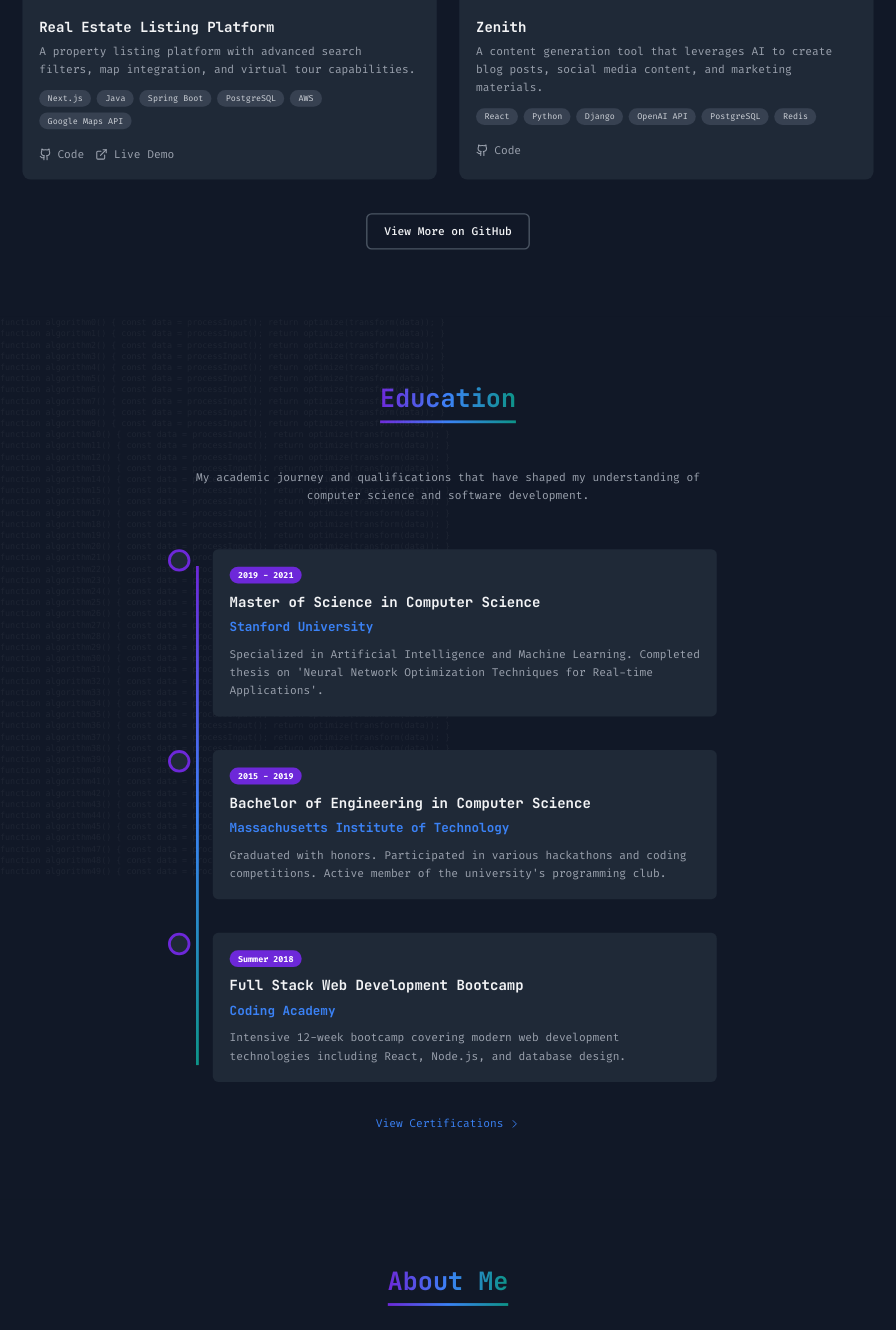
Repository: Saquib45/portfolio
Page: /
The author's editor kept a copy of each file at every save. The page is drawn from the files as they stood at one save, then again after a run of saves.
The browser window is 1280 px wide. The pictures show the part of the page from y = 3512 to 5412 px (the page is 7614 px tall), at 70% of full size.
The project was rebuilt for these pictures with package versions that can differ from the ones it lists, and the page was loaded fresh each time. Also part of the build but not shown: vite.config.ts.

Above is the page before, as saved 2025-04-23 21:29:48.

### index.html
<!doctype html>
<html lang="en">
  <head>
    <meta charset="UTF-8" />
    <link rel="icon" type="image/svg+xml" href="/vite.svg" />
    <meta name="viewport" content="width=device-width, initial-scale=1.0" />
    <title>Developer Portfolio | Fullstack Software Engineer</title>
    <link rel="preconnect" href="https://fonts.googleapis.com">
    <link rel="preconnect" href="https://fonts.gstatic.com" crossorigin>
    <link href="https://fonts.googleapis.com/css2?family=JetBrains+Mono:wght@400;500;700&family=Fira+Code:wght@300;400;500;700&display=swap" rel="stylesheet">
  </head>
  <body>
    <div id="root"></div>
    <script type="module" src="/src/main.tsx"></script>
  </body>
</html>

### src/App.tsx
import React from 'react';
import Navbar from './components/Navbar';
import Hero from './components/Hero';
import Skills from './components/Skills';
import Projects from './components/Projects';
import Education from './components/Education';
import About from './components/About';
import Contact from './components/Contact';
import Footer from './components/Footer';
import FloatingNav from './components/FloatingNav';

function App() {
  return (
    <div className="bg-gray-900 text-gray-100 font-fira">
      <Navbar />
      <main>
        <Hero />
        <Skills />
        <Projects />
        <Education />
        <About />
        <Contact />
      </main>
      <Footer />
      <FloatingNav />
    </div>
  );
}

export default App;

### src/index.css
@tailwind base;
@tailwind components;
@tailwind utilities;

@layer base {
  html {
    scroll-behavior: smooth;
  }

  body {
    @apply bg-gray-900 text-gray-100;
    overflow-x: hidden;
  }

  h1, h2, h3, h4, h5, h6 {
    @apply font-jetbrains font-bold;
  }

  h1 {
    @apply text-4xl md:text-5xl lg:text-6xl;
  }

  h2 {
    @apply text-3xl md:text-4xl;
  }

  h3 {
    @apply text-2xl md:text-3xl;
  }

  p {
    @apply leading-relaxed;
  }
}

@layer components {
  .container-custom {
    @apply container mx-auto px-4 sm:px-6 lg:px-8 max-w-7xl;
  }

  .gradient-text {
    @apply bg-clip-text text-transparent bg-gradient-to-r from-primary via-accent to-secondary;
  }

  .section-padding {
    @apply py-16 md:py-24;
  }

  .section-title {
    @apply text-3xl md:text-4xl font-bold mb-12 text-center relative pb-4 inline-block;
  }

  .section-title::after {
    content: '';
    @apply absolute bottom-0 left-0 w-full h-1 bg-gradient-to-r from-primary via-accent to-secondary;
  }

  .card {
    @apply bg-gray-800 rounded-lg p-6 transition-all;
  }

  .btn {
    @apply inline-flex items-center justify-center px-6 py-3 rounded-lg font-medium transition-all duration-300 focus:outline-none focus:ring-2 focus:ring-offset-2 focus:ring-offset-gray-900;
  }

  .btn-primary {
    @apply bg-primary hover:bg-primary-600 text-white focus:ring-primary;
  }

  .btn-secondary {
    @apply bg-secondary hover:bg-secondary-600 text-white focus:ring-secondary;
  }

  .btn-accent {
    @apply bg-accent hover:bg-accent-600 text-white focus:ring-accent;
  }

  .btn-outline {
    @apply border-2 border-gray-600 hover:border-primary hover:text-primary focus:ring-primary;
  }

  .input {
    @apply block w-full px-4 py-3 bg-gray-800 border border-gray-700 rounded-lg focus:outline-none focus:ring-2 focus:ring-primary focus:border-transparent transition-colors;
  }
}

/* Scroll animations */
.fade-in-section {
  opacity: 0;
  transform: translateY(20px);
  transition: opacity 0.6s ease-out, transform 0.6s ease-out;
}

.fade-in-section.is-visible {
  opacity: 1;
  transform: translateY(0);
}

/* Project card hover effect */
.project-card {
  transition: transform 0.3s ease, box-shadow 0.3s ease;
}

.project-card:hover {
  transform: translateY(-5px);
  box-shadow: 0 10px 20px rgba(0, 0, 0, 0.2);
}

/* Cursor animation */
.cursor {
  display: inline-block;
  width: 2px;
  height: 1em;
  background-color: currentColor;
  margin-left: 2px;
  animation: blink 1s infinite;
}

@keyframes blink {
  0%, 100% { opacity: 1; }
  50% { opacity: 0; }
}

/* Skill card hover effect */
.skill-card {
  transition: all 0.3s ease;
}

.skill-card:hover {
  transform: translateY(-5px);
  box-shadow: 0 0 15px rgba(109, 40, 217, 0.5);
}

### src/components/Hero.tsx
import React from 'react';
import { motion } from 'framer-motion';
import { TypeAnimation } from 'react-type-animation';
import { ChevronDown } from 'lucide-react';
import { Link } from 'react-scroll';

const Hero: React.FC = () => {
  return (
    <section
      id="hero"
      className="relative min-h-screen flex items-center justify-center bg-hero-pattern bg-gray-900 overflow-hidden"
    >
      <div className="absolute inset-0 bg-gradient-radial from-transparent to-gray-900 z-0"></div>

      {/* Animated Background Elements */}
      <div className="absolute inset-0 z-0">
        <motion.div
          className="absolute top-1/4 left-1/4 w-64 h-64 bg-primary/20 rounded-full blur-3xl"
          animate={{
            x: [0, 50, 0],
            y: [0, 30, 0],
          }}
          transition={{
            duration: 15,
            repeat: Infinity,
            ease: "easeInOut"
          }}
        />
        <motion.div
          className="absolute bottom-1/3 right-1/3 w-96 h-96 bg-secondary/20 rounded-full blur-3xl"
          animate={{
            x: [0, -70, 0],
            y: [0, 40, 0],
          }}
          transition={{
            duration: 18,
            repeat: Infinity,
            ease: "easeInOut",
            delay: 1
          }}
        />
        <motion.div
          className="absolute top-1/2 right-1/4 w-72 h-72 bg-accent/20 rounded-full blur-3xl"
          animate={{
            x: [0, 60, 0],
            y: [0, -40, 0],
          }}
          transition={{
            duration: 20,
            repeat: Infinity,
            ease: "easeInOut",
            delay: 2
          }}
        />
      </div>

      <div className="container-custom relative z-10">
        <motion.div
          className="text-center"
          initial={{ opacity: 0, y: 20 }}
          animate={{ opacity: 1, y: 0 }}
          transition={{ duration: 0.8 }}
        >
          <motion.p
            className="text-lg md:text-xl text-accent mb-4"
            initial={{ opacity: 0 }}
            animate={{ opacity: 1 }}
            transition={{ delay: 0.2, duration: 0.8 }}
          >
            Hello, I'm
          </motion.p>

          <motion.h1
            className="text-4xl md:text-6xl lg:text-7xl font-bold mb-6"
            initial={{ opacity: 0 }}
            animate={{ opacity: 1 }}
            transition={{ delay: 0.4, duration: 0.8 }}
          >
            <span className="gradient-text">Sakib Maniyar</span>
          </motion.h1>

          <motion.div
            className="text-xl md:text-3xl text-gray-300 mb-8 h-16 flex justify-center items-center"
            initial={{ opacity: 0 }}
            animate={{ opacity: 1 }}
            transition={{ delay: 0.6, duration: 0.8 }}
          >
            <TypeAnimation
              sequence={[
                'Fullstack Developer',
                2000,
                'Software Developer',
                2000,
                'Problem Solver',
                2000,
                'Code Craftsman',
                2000,
              ]}
              speed={50}
              repeat={Infinity}
              className="font-jetbrains"
            />
          </motion.div>

          <motion.div
            className="flex flex-col sm:flex-row justify-center gap-4"
            initial={{ opacity: 0 }}
            animate={{ opacity: 1 }}
            transition={{ delay: 0.8, duration: 0.8 }}
          >
            <Link
              to="projects"
              smooth={true}
              duration={800}
              offset={-70}
              className="btn btn-primary"
            >
              View My Work
            </Link>
            <Link
              to="contact"
              smooth={true}
              duration={800}
              offset={-70}
              className="btn btn-outline"
            >
              Contact Me
            </Link>
          </motion.div>
        </motion.div>
      </div>

      <div className="absolute bottom-8 left-1/2 transform -translate-x-1/2 z-10">
        <motion.div
          animate={{ y: [0, 10, 0] }}
          transition={{
            duration: 1.5,
            repeat: Infinity,
            ease: "easeInOut"
          }}
        >
          <Link
            to="skills"
            smooth={true}
            duration={800}
            className="cursor-pointer"
          >
            <ChevronDown className="w-8 h-8 text-gray-400 hover:text-white transition-colors" />
          </Link>
        </motion.div>
      </div>
    </section>
  );
};

export default Hero;

### src/components/Projects.tsx
import React from 'react';
import { motion } from 'framer-motion';
import { useInView } from 'react-intersection-observer';
import { Github, ExternalLink } from 'lucide-react';

interface Project {
  id: number;
  title: string;
  description: string;
  image: string;
  technologies: string[];
  githubUrl: string;
  liveUrl?: string;
}

const Projects: React.FC = () => {
  const [ref, inView] = useInView({
    triggerOnce: true,
    threshold: 0.1,
  });

  const containerVariants = {
    hidden: { opacity: 0 },
    visible: {
      opacity: 1,
      transition: {
        staggerChildren: 0.3,
      },
    },
  };

  const itemVariants = {
    hidden: { y: 50, opacity: 0 },
    visible: {
      y: 0,
      opacity: 1,
      transition: { duration: 0.6, ease: "easeOut" },
    },
  };

  const projects: Project[] = [
    {
      id: 1,
      title: "Smart Contact Manager",
      description: "A full-stack web application to securely manage personal and professional contacts with user authentication. Built using Spring Boot, Thymeleaf, and Tailwind CSS with CRUD operations and role-based access",
      image: "https://encrypted-tbn0.gstatic.com/images?q=tbn:ANd9GcRo5Ic9BMsl1UCj-E2mSzL5K9LyPsfLgJky8g&s",
      technologies: ["Java", "Spring Boot", "SQL", "HTML", "CSS", "JavaScript", "Thymeleaf", "Tailwind CSS"],
      githubUrl: "https://github.com/Saquib45/Manage-Contact.git",
      // liveUrl: "https://example.com",
    },
    {
      id: 1,
      title: "smart contact manager",
      description: "A real-time chat application enabling seamless one-to-one and group messaging with instant delivery. Built using WebSockets for real-time communication and a modern, responsive UI for a smooth user experience.",
      image: "https://images.pexels.com/photos/27550988/pexels-photo-27550988/free-photo-of-a-person-holding-a-cell-phone-in-front-of-a-wooden-table.jpeg?auto=compress&cs=tinysrgb&w=1260&h=750&dpr=2",
      technologies: ["Java", "Spring Boot", "MongoDB", "HTML", "CSS", "JavaScript", "React", "Tailwind CSS"],
      githubUrl: "https://github.com/Saquib45/ChatApplication.git",
      // liveUrl: "https://example.com",
    },
    {
      id: 3,
      title: "Real Estate Listing Platform",
      description: "A property listing platform with advanced search filters, map integration, and virtual tour capabilities.",
      image: "https://images.pexels.com/photos/1546168/pexels-photo-1546168.jpeg?auto=compress&cs=tinysrgb&w=1260&h=750&dpr=2",
      technologies: ["Next.js", "Java", "Spring Boot", "PostgreSQL", "AWS", "Google Maps API"],
      githubUrl: "https://github.com",
      liveUrl: "https://example.com",
    },
    {
      id: 4,
      title: "Zenith ",
      description: "A content generation tool that leverages AI to create blog posts, social media content, and marketing materials.",
      image: "https://images.pexels.com/photos/5380642/pexels-photo-5380642.jpeg?auto=compress&cs=tinysrgb&w=1260&h=750&dpr=2",
      technologies: ["React", "Python", "Django", "OpenAI API", "PostgreSQL", "Redis"],
      githubUrl: "https://github.com",
    },
  ];

  return (
    <section id="projects" className="section-padding bg-gray-900">
      <div className="container-custom">
        <div className="text-center mb-16">
          <h2 className="section-title inline-block">
            <span className="gradient-text">Featured Projects</span>
          </h2>
          <p className="mt-4 text-gray-400 max-w-3xl mx-auto">
            A selection of my recent work, showcasing my skills in frontend and backend development,
            as well as my ability to create complete, production-ready applications.
          </p>
        </div>

        <motion.div
          ref={ref}
          variants={containerVariants}
          initial="hidden"
          animate={inView ? "visible" : "hidden"}
          className="grid grid-cols-1 md:grid-cols-2 gap-8"
        >
          {projects.map((project) => (
            <motion.div
              key={project.id}
              variants={itemVariants}
              className="project-card bg-gray-800 rounded-xl overflow-hidden"
            >
              <div className="relative h-60 overflow-hidden">
                <img
                  src={project.image}
                  alt={project.title}
                  className="w-full h-full object-cover transition-transform duration-500 hover:scale-110"
                />
              </div>
              <div className="p-6">
                <h3 className="text-xl font-bold mb-2">{project.title}</h3>
                <p className="text-gray-400 mb-4">{project.description}</p>
                <div className="mb-6">
                  <div className="flex flex-wrap gap-2">
                    {project.technologies.map((tech, index) => (
                      <span
                        key={index}
                        className="text-xs px-3 py-1 bg-gray-700 text-gray-300 rounded-full"
                      >
                        {tech}
                      </span>
                    ))}
                  </div>
                </div>
                <div className="flex gap-4">
                  <a
                    href={project.githubUrl}
                    target="_blank"
                    rel="noopener noreferrer"
                    className="flex items-center gap-2 text-gray-400 hover:text-primary transition-colors"
                  >
                    <Github size={18} />
                    <span>Code</span>
                  </a>
                  {project.liveUrl && (
                    <a
                      href={project.liveUrl}
                      target="_blank"
                      rel="noopener noreferrer"
                      className="flex items-center gap-2 text-gray-400 hover:text-accent transition-colors"
                    >
                      <ExternalLink size={18} />
                      <span>Live Demo</span>
                    </a>
                  )}
                </div>
              </div>
            </motion.div>
          ))}
        </motion.div>

        <div className="mt-12 text-center">
          <a
            href="https://github.com"
            target="_blank"
            rel="noopener noreferrer"
            className="btn btn-outline"
          >
            View More on GitHub
          </a>
        </div>
      </div>
    </section>
  );
};

export default Projects;

### src/components/Footer.tsx
import React from 'react';
import { Github, Linkedin, Twitter, ArrowUp } from 'lucide-react';
import { Link } from 'react-scroll';

const Footer: React.FC = () => {
  const currentYear = new Date().getFullYear();

  return (
    <footer className="bg-gray-950 pt-16 pb-6 relative">
      <div className="container-custom">
        <div className="grid grid-cols-1 md:grid-cols-2 lg:grid-cols-4 gap-8 mb-12">
          <div>
            <h4 className="text-xl font-bold mb-4 gradient-text">
              DEVFOLIO
            </h4>
            <p className="text-gray-400 mb-4">
              Fullstack developer specializing in building exceptional digital experiences.
            </p>
            <div className="flex space-x-4">
              <a
                href="https://github.com"
                target="_blank"
                rel="noopener noreferrer"
                className="text-gray-400 hover:text-primary transition-colors"
                aria-label="GitHub"
              >
                <Github size={20} />
              </a>
              <a
                href="https://linkedin.com"
                target="_blank"
                rel="noopener noreferrer"
                className="text-gray-400 hover:text-accent transition-colors"
                aria-label="LinkedIn"
              >
                <Linkedin size={20} />
              </a>
              <a
                href="https://twitter.com"
                target="_blank"
                rel="noopener noreferrer"
                className="text-gray-400 hover:text-secondary transition-colors"
                aria-label="Twitter"
              >
                <Twitter size={20} />
              </a>
            </div>
          </div>

          <div>
            <h4 className="text-lg font-bold mb-4">Navigation</h4>
            <ul className="space-y-2">
              {['Home', 'Skills', 'Projects', 'Education', 'About', 'Contact'].map((item) => (
                <li key={item}>
                  <Link
                    to={item.toLowerCase()}
                    smooth={true}
                    duration={500}
                    offset={-70}
                    className="text-gray-400 hover:text-primary transition-colors cursor-pointer"
                  >
                    {item}
                  </Link>
                </li>
              ))}
            </ul>
          </div>

          <div>
            <h4 className="text-lg font-bold mb-4">Services</h4>
            <ul className="space-y-2">
              {['Web Development', 'Frontend Design', 'Backend Systems', 'API Development', 'Database Design', 'UI/UX Design'].map((item) => (
                <li key={item}>
                  <span className="text-gray-400 cursor-default">{item}</span>
                </li>
              ))}
            </ul>
          </div>

          <div>
            <h4 className="text-lg font-bold mb-4">Contact</h4>
            <ul className="space-y-2 text-gray-400">
              <li>San Francisco, California</li>
              <li>contact@johndoe.dev</li>
              <li>+1 (234) 567-8900</li>
            </ul>
          </div>
        </div>

        <div className="border-t border-gray-800 pt-6 mt-6 flex flex-col sm:flex-row justify-between items-center">
          <p className="text-gray-500 text-sm mb-4 sm:mb-0">
            &copy; {currentYear} John Doe. All rights reserved.
          </p>
          <Link
            to="hero"
            smooth={true}
            duration={800}
            className="p-3 bg-gray-800 rounded-full text-gray-400 hover:text-white transition-colors cursor-pointer"
            aria-label="Back to top"
          >
            <ArrowUp size={20} />
          </Link>
        </div>
      </div>
    </footer>
  );
};

export default Footer;

### src/components/FloatingNav.tsx
import React, { useState, useEffect } from 'react';
import { Link } from 'react-scroll';
import { Home, Code, Briefcase, GraduationCap, User, Mail, Menu, X } from 'lucide-react';

const FloatingNav: React.FC = () => {
  const [isVisible, setIsVisible] = useState(false);
  const [isOpen, setIsOpen] = useState(false);

  useEffect(() => {
    const toggleVisibility = () => {
      if (window.scrollY > 300) {
        setIsVisible(true);
      } else {
        setIsVisible(false);
        setIsOpen(false);
      }
    };

    window.addEventListener('scroll', toggleVisibility);
    return () => window.removeEventListener('scroll', toggleVisibility);
  }, []);

  const toggleMenu = () => {
    setIsOpen(!isOpen);
  };

  const navItems = [
    { name: 'Home', icon: <Home size={18} />, target: 'hero' },
    { name: 'Skills', icon: <Code size={18} />, target: 'skills' },
    { name: 'Projects', icon: <Briefcase size={18} />, target: 'projects' },
    { name: 'Education', icon: <GraduationCap size={18} />, target: 'education' },
    { name: 'About', icon: <User size={18} />, target: 'about' },
    { name: 'Contact', icon: <Mail size={18} />, target: 'contact' },
  ];

  if (!isVisible) return null;

  return (
    <div className="fixed bottom-6 right-6 z-50">
      <button
        onClick={toggleMenu}
        className={`w-12 h-12 rounded-full flex items-center justify-center ${
          isOpen ? 'bg-primary text-white' : 'bg-gray-800 text-white'
        } shadow-lg hover:shadow-xl transition-all duration-300 focus:outline-none`}
        aria-label={isOpen ? 'Close navigation menu' : 'Open navigation menu'}
      >
        {isOpen ? <X size={20} /> : <Menu size={20} />}
      </button>

      {isOpen && (
        <div className="absolute right-0 bottom-16 p-2 bg-gray-800 rounded-lg shadow-xl">
          <ul className="space-y-2">
            {navItems.map((item) => (
              <li key={item.name}>
                <Link
                  to={item.target}
                  smooth={true}
                  duration={500}
                  offset={-70}
                  onClick={() => setIsOpen(false)}
                  className="flex items-center px-4 py-2 rounded-lg hover:bg-gray-700 text-gray-300 hover:text-white transition-colors cursor-pointer"
                >
                  <span className="mr-3">{item.icon}</span>
                  <span>{item.name}</span>
                </Link>
              </li>
            ))}
          </ul>
        </div>
      )}
    </div>
  );
};

export default FloatingNav;

Loaded but not shown: src/main.tsx (common file); tailwind.config.js (68 lines, source omitted); src/components/Contact.tsx (242 lines, source omitted); src/components/Skills.tsx (144 lines, source omitted); src/components/About.tsx (113 lines, source omitted); src/components/Navbar.tsx (154 lines, source omitted); src/components/Education.tsx (134 lines, source omitted)

After the next 2 saves:
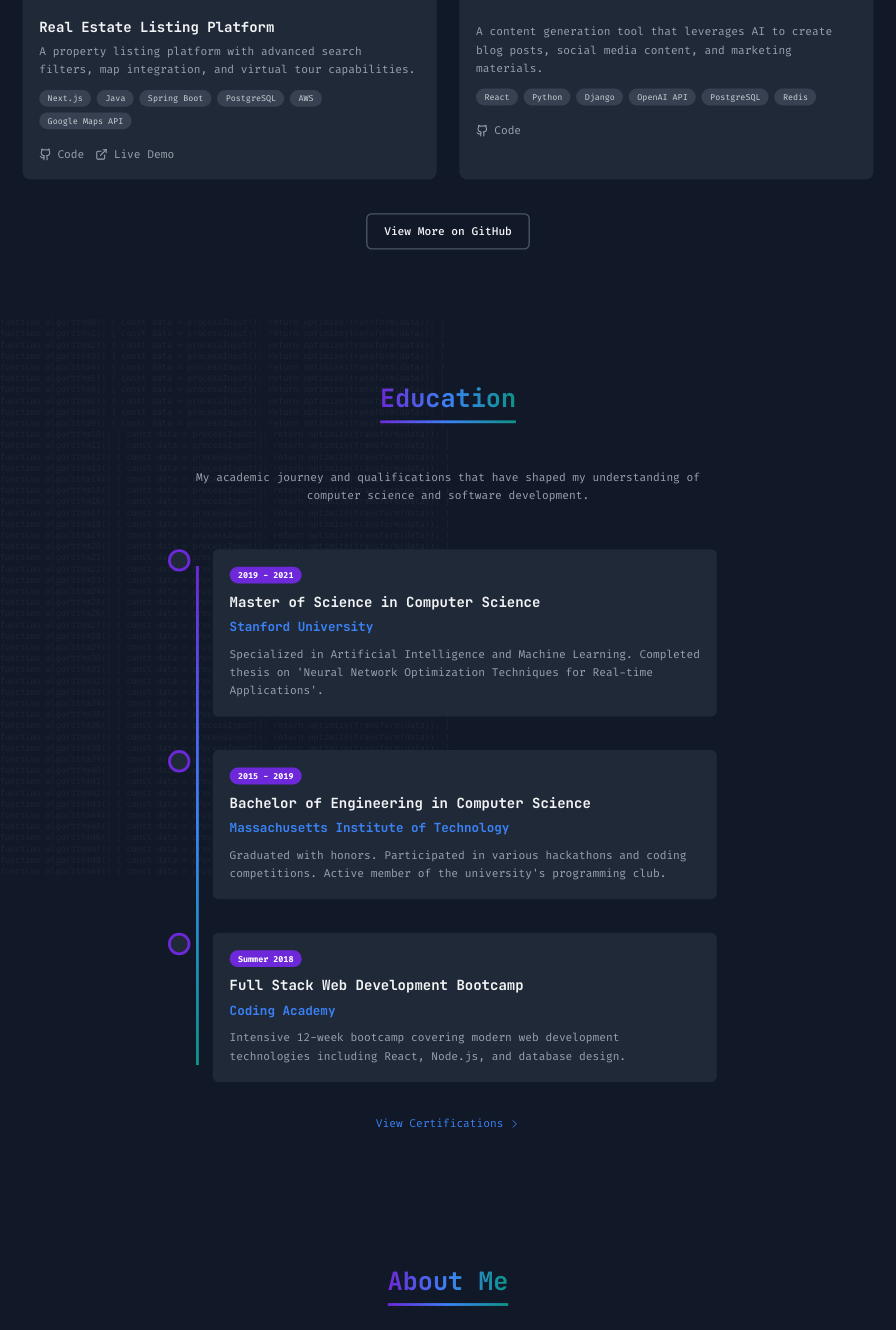
The 2 saves are shown as one change because they came seconds apart.
The last was saved 6 s later.
--- a/src/components/Projects.tsx
+++ b/src/components/Projects.tsx
@@ -68,7 +68,7 @@ const Projects: React.FC = () => {
     },
     {
       id: 4,
-      title: "Zenith ",
+      title: "",
       description: "A content generation tool that leverages AI to create blog posts, social media content, and marketing materials.",
       image: "https://images.pexels.com/photos/5380642/pexels-photo-5380642.jpeg?auto=compress&cs=tinysrgb&w=1260&h=750&dpr=2",
       technologies: ["React", "Python", "Django", "OpenAI API", "PostgreSQL", "Redis"],
